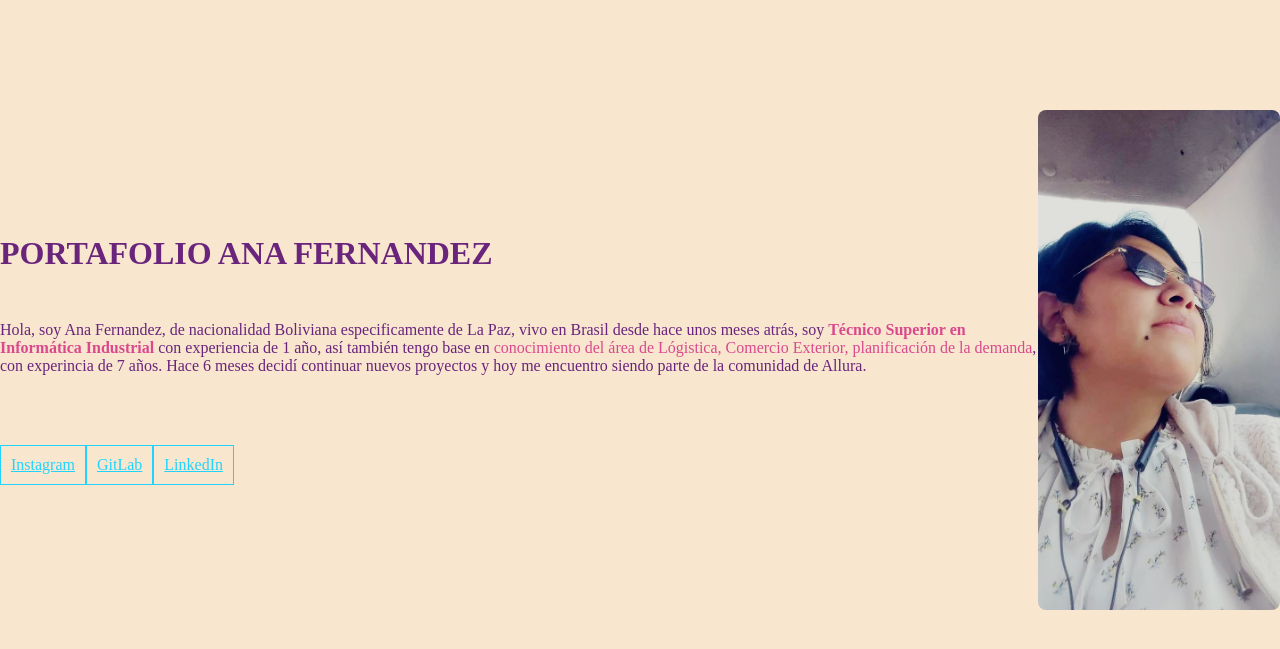
Repository: AnaFzCz/PROYECTOS-HTML---CSS2
Page: Portafolio/index.html
The author's editor kept a copy of each file at every save. The page is drawn from the files as they stood at one save, then again after the next save.
The browser window is 1280 px wide. The pictures show the whole page.

Above is the page before, as saved 2025-01-25 06:47:16.

### Portafolio/index.html
<!DOCTYPE html>
<html lang="en">

<head>
    <meta charset="UTF-8">
    <meta http-equiv="X-UA-Compatible" content="IE=edge">
    <meta name="viewport" content="width=device-width, initial-scale=1.0">
    <title>Portafolio</title>
    <link rel="stylesheet" href="style.css">
</head>

<body>
    <header>

    </header>
    <main class="presentacion">
        <div class="container responsivo-container">
            <h1 class="presentacion_titulo">PORTAFOLIO ANA FERNANDEZ</h1>
            <p>Hola, soy Ana Fernandez, de nacionalidad Boliviana especificamente de La Paz, vivo en Brasil desde hace
                unos meses atrás, soy <strong class="destacar">Técnico Superior en Informática Industrial</strong> con
                experiencia de 1 año, así también tengo base en <span>conocimiento del área de Lógistica, Comercio
                    Exterior, planificación de la demanda</span>, con experincia de 7 años. Hace 6 meses decidí
                continuar nuevos proyectos y hoy me encuentro siendo parte de la comunidad de Allura.</p>
            <a class="bot" href="https://instagram.com/anafzcz">Instagram</a>
            <a class="bot" href="https://github.com/AnaFzCz">GitLab</a>
            <a class="bot" href="https://linkedin.com/in/ana-fernandez-cruz-238787124">LinkedIn</a>
            <br>
            <br>
        </div>
        <img src="mindfullness.jpg" alt="myself" style="width:250px;height: 500px;">
    </main>
    <footer></footer>
</body>

</html>

### Portafolio/style.css
/*Resetear configuraciones*/
* {
  margin: 0;
  padding: 0;
}

body {
  height: 100vh;
  display: flex;
  box-sizing: border-box;
  justify-content: center;
  align-items: center;
  background-color: #F9E6CF;
  color: #69247C;
  font-family: "papyrus";
}

/*p {
  margin: 10px;
  border: 2px solid purple;
  padding: 5px;
}*/

.destacar {
  color: #DA498D;
}

/*contenedor de las columnas*/
.presentacion {
  margin: 0%;
  display: flex;
  align-items: center;
  justify-content: space-between;

}

.container {
  display: flex;
  align-items: center;
  height: 300px;
  weight:615px;;
  /* Altura ajustável conforme necessário */
}

.responsivo-container {
  display: flex;
  flex-direction: row;
  flex-wrap: wrap;
}

span {
  color: #DA498D;
}

a {
  color: #22D4FD;
  border: 1px solid #22D4FD;
  padding: 10px;
  text-align: center;
}

.bot {
  margin-top: 20px;
  display: flex;
  justify-content: center;
}

h1 {
  align-content: center;
}

img {
  border-radius: 8px;
  display: block;
  margin-left: auto;
  margin-right: auto;
}

img:hover {
  transform: scaleX(-1);
}

After the next save:
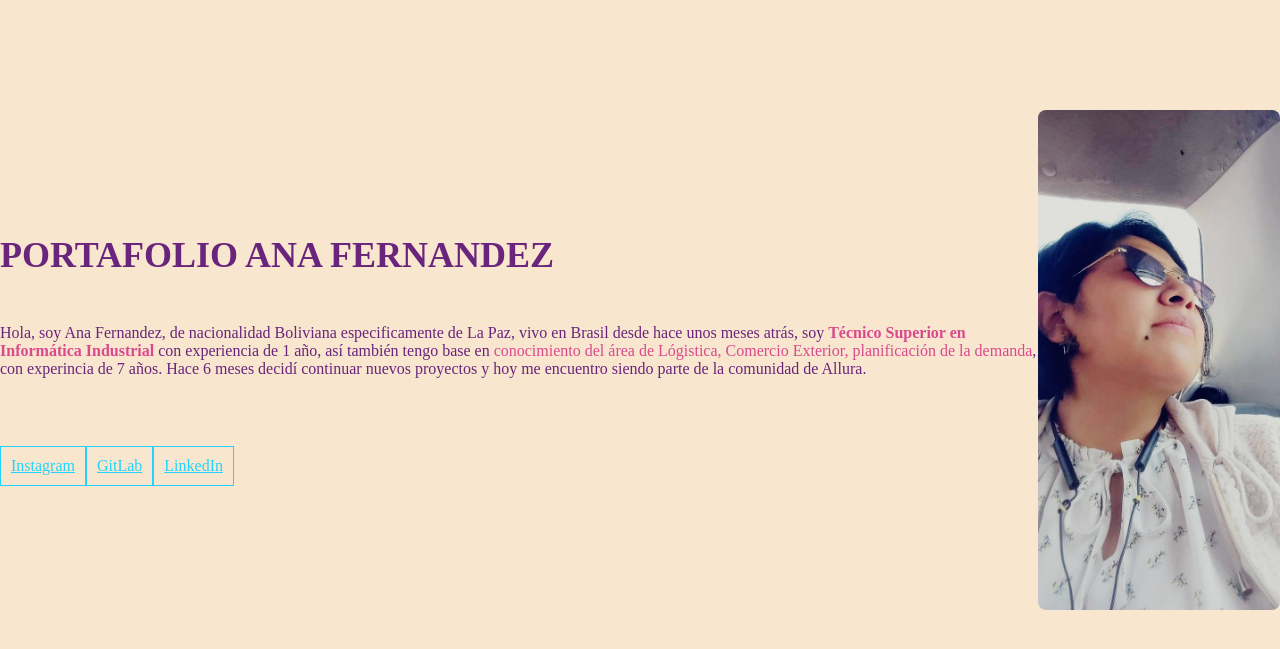
Saved 45 s later.
--- a/Portafolio/style.css
+++ b/Portafolio/style.css
@@ -65,8 +65,10 @@ a {
   justify-content: center;
 }
 
-h1 {
+
+.presentacion_titulo{
   align-content: center;
+  font-size: 36px;
 }
 
 img {
